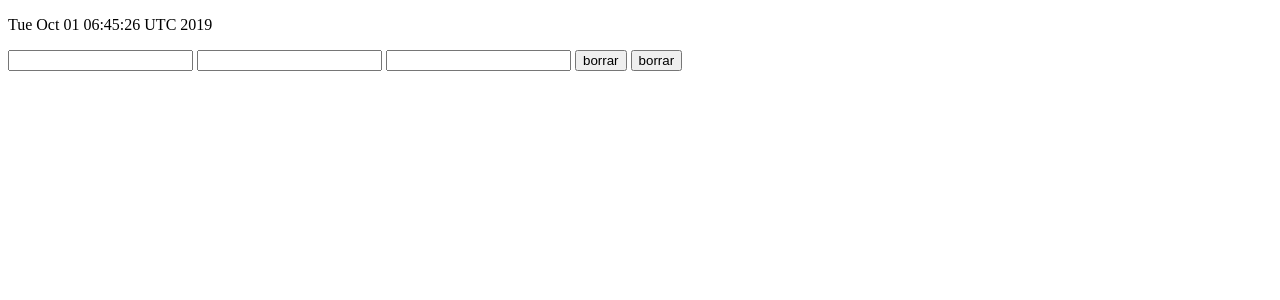
Repository: weertop/2DAW
Page: http://localhost/Formularios/controlText.jsp
These files come from the project's save history. The page is drawn as it stood at one moment and after the next save; the edit follows.
The browser window is 1280 px wide. The pictures show the whole page.
The page is served by Tomcat 9.

Above is the page before, as saved 2019-10-01 06:53:58.

After the next save:
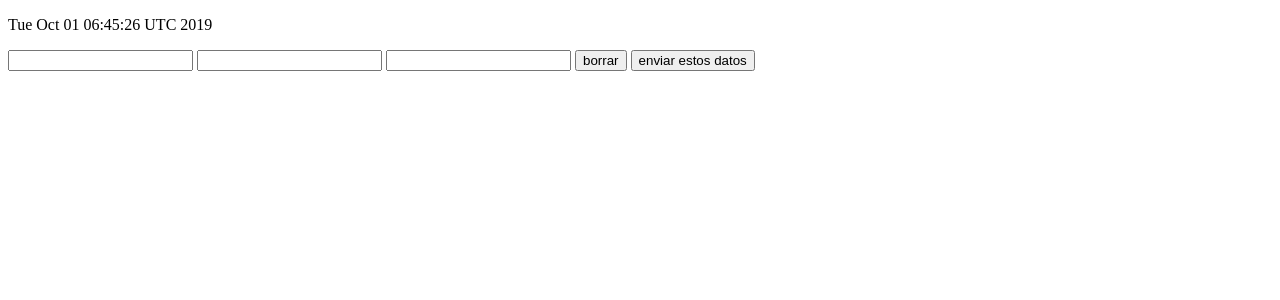
Saved 9 s later.
--- a/DWServidor/eclipse-workspace-photom/Formularios/WebContent/controlText.jsp
+++ b/DWServidor/eclipse-workspace-photom/Formularios/WebContent/controlText.jsp
@@ -16,7 +16,7 @@
 		<input type="text" name="color" />
 		<input type="mail" name="correo" />
 		<input type="reset" name="borrar" value="borrar" />
-		<input type="submit" name="borrar" value="borrar" />
+		<input type="submit" name="enviar" value="enviar estos datos" />
 	</form>
 </body>
 </html>
